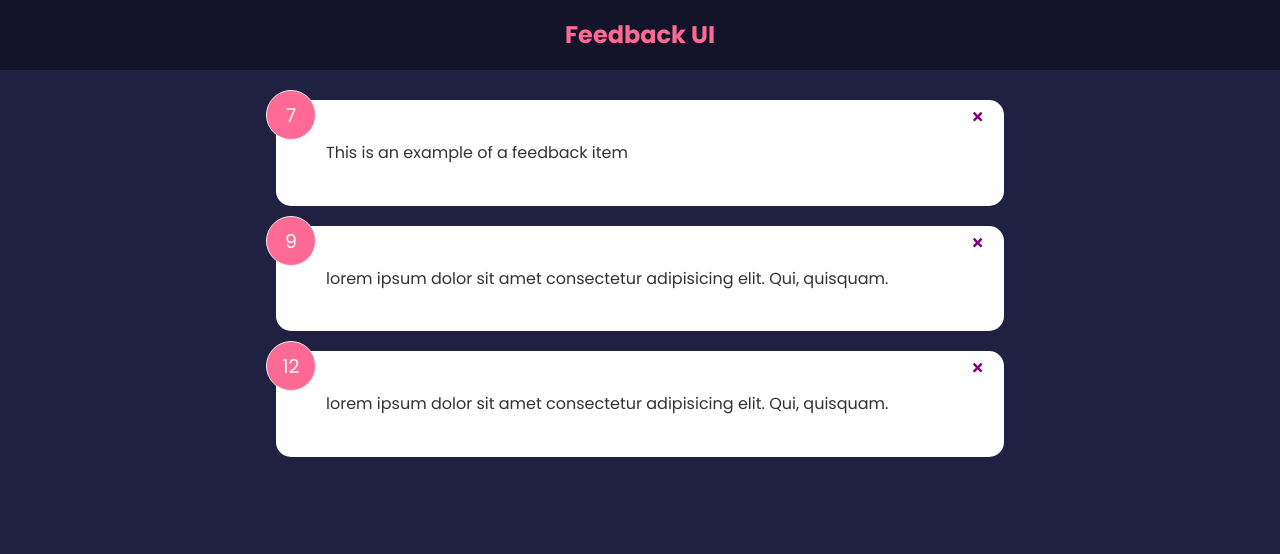
Repository: bayorwor/feedbackapp
Page: /
The author's editor kept a copy of each file at every save. The page is drawn from the files as they stood at one save, then again after the next save.
The browser window is 1280 px wide. The pictures show the whole page.
The project was rebuilt for these pictures with package versions that can differ from the ones it lists, and the page was loaded fresh each time.

Above is the page before, as saved 2022-01-30 18:31:40.

### public/index.html
<!DOCTYPE html>
<html lang="en">
  <head>
    <meta charset="utf-8" />
    <link rel="icon" href="%PUBLIC_URL%/favicon.ico" />
    <meta name="viewport" content="width=device-width, initial-scale=1" />
    <meta name="theme-color" content="#000000" />
    <meta
      name="description"
      content="Web site created using create-react-app"
    />
    <link rel="apple-touch-icon" href="%PUBLIC_URL%/logo192.png" />
    <link rel="manifest" href="%PUBLIC_URL%/manifest.json" />
    <title>feedback app</title>
  </head>
  <body>
    <noscript>You need to enable JavaScript to run this app.</noscript>
    <div id="root"></div>
  </body>
</html>

### src/App.js
import { useState } from "react";
import Header from "./components/Header";
import feedbackData from "./data/feedBacks";
import FeedbackList from "./components/FeedbackList";

const App = () => {
  const [feedback, setFeedback] = useState(feedbackData);

  const deleteFeedback = (id) => {
    if (window.confirm("Are you sure you want to delete this feedback?")) {
      setFeedback(feedback.filter((feedback) => feedback.id !== id));
    }
  };

  return (
    <>
      <Header />
      <div className="container">
        <FeedbackList feedback={feedback} deleteFeedback={deleteFeedback} />
      </div>
    </>
  );
};

export default App;

### src/components/Header.jsx
import React from "react";
import PropTypes from "prop-types";

const Header = ({ text, bgColor, textColor }) => {
  const headerStyle = {
    backgroundColor: bgColor,
    color: textColor,
  };

  return (
    <header style={headerStyle}>
      <div className="container">
        <h2>{text}</h2>
      </div>
    </header>
  );
};

Header.defaultProps = {
  text: "Feedback UI",
  bgColor: "rgba(0, 0, 0, 0.4)",
  textColor: "#ff6a95",
};

Header.propTypes = {
  text: PropTypes.string,
  bgColor: PropTypes.string,
  textColor: PropTypes.string,
};

export default Header;

### src/data/feedBacks.js
const feedbackData = [
  {
    rating: 7,
    text: "This is an example of a feedback item",
    id: 1,
  },
  {
    rating: 9,
    text: "lorem  ipsum dolor sit  amet consectetur adipisicing elit. Qui, quisquam.",
    id: 2,
  },
  {
    rating: 12,
    text: "lorem  ipsum dolor sit  amet consectetur adipisicing elit. Qui, quisquam.",
    id: 3,
  },
];

export default feedbackData;

### src/components/FeedbackList.jsx
import PropTypes from "prop-types";
import FeedbaackItem from "./FeedbaackItem";

function FeedbackList({ feedback, deleteFeedback }) {
  if (!feedback || feedback.length === 0) {
    return <p>There are no feedbacks to display</p>;
  }

  return (
    <div className="feedback-list">
      {feedback.map((feedback) => (
        <FeedbaackItem
          key={feedback.id}
          feedback={feedback}
          deleteFeedback={deleteFeedback}
        />
      ))}
    </div>
  );
}

FeedbackList.propTypes = {
  feedback: PropTypes.arrayOf(
    PropTypes.shape({
      id: PropTypes.number.isRequired,
      text: PropTypes.string.isRequired,
      rating: PropTypes.number.isRequired,
    }).isRequired
  ).isRequired,
};

export default FeedbackList;

### src/components/FeedbaackItem.jsx
import { FaTimes } from "react-icons/fa";
import PropTypes from "prop-types";
import Card from "./shared/Card";

function FeedbaackItem({ feedback, deleteFeedback }) {
  return (
    <Card>
      <div className="num-display">{feedback.rating}</div>
      <button onClick={() => deleteFeedback(feedback.id)} className="close">
        <FaTimes color="purple" />
      </button>
      <div className="text-display">{feedback.text}</div>
    </Card>
  );
}

FeedbaackItem.propTypes = {
  feedback: PropTypes.shape({
    id: PropTypes.number.isRequired,
    text: PropTypes.string.isRequired,
    rating: PropTypes.number.isRequired,
  }).isRequired,
};

export default FeedbaackItem;

### src/components/shared/Card.jsx
import React from "react";
import PropTypes from "prop-types";

function Card({ children, reverse }) {
  return <div className={`card ${reverse && "reverse"}`}>{children}</div>;
}

Card.defaultProps = {
  reverse: false,
};

Card.propTypes = {
  children: PropTypes.node.isRequired,
  reverse: PropTypes.bool,
};

export default Card;

### src/components/FeedbackStats.jsx
import React from "react";

function FeedbackStats() {
  return (
    <div>
      <h2>Feedback Stats</h2>
    </div>
  );
}

export default FeedbackStats;

Loaded but not shown: src/index.js (common file); src/index.css (common file)

After the next save:
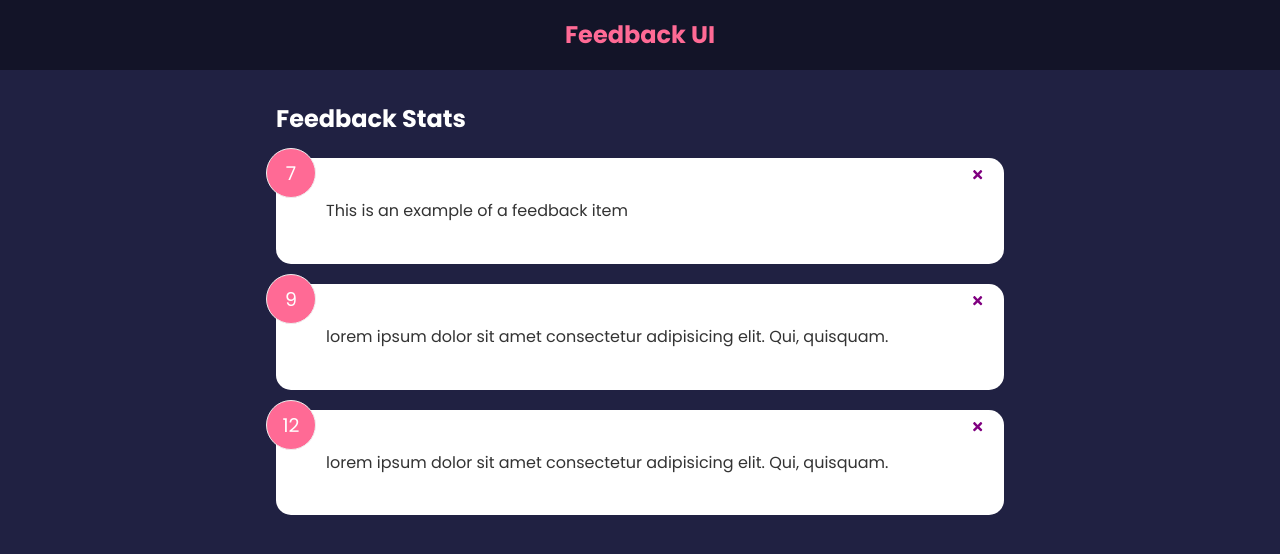
Saved 38 s later.
--- a/src/App.js
+++ b/src/App.js
@@ -2,6 +2,7 @@ import { useState } from "react";
 import Header from "./components/Header";
 import feedbackData from "./data/feedBacks";
 import FeedbackList from "./components/FeedbackList";
+import FeedbackStats from "./components/FeedbackStats";
 
 const App = () => {
   const [feedback, setFeedback] = useState(feedbackData);
@@ -16,6 +17,7 @@ const App = () => {
     <>
       <Header />
       <div className="container">
+        <FeedbackStats feedback={feedback} />
         <FeedbackList feedback={feedback} deleteFeedback={deleteFeedback} />
       </div>
     </>
